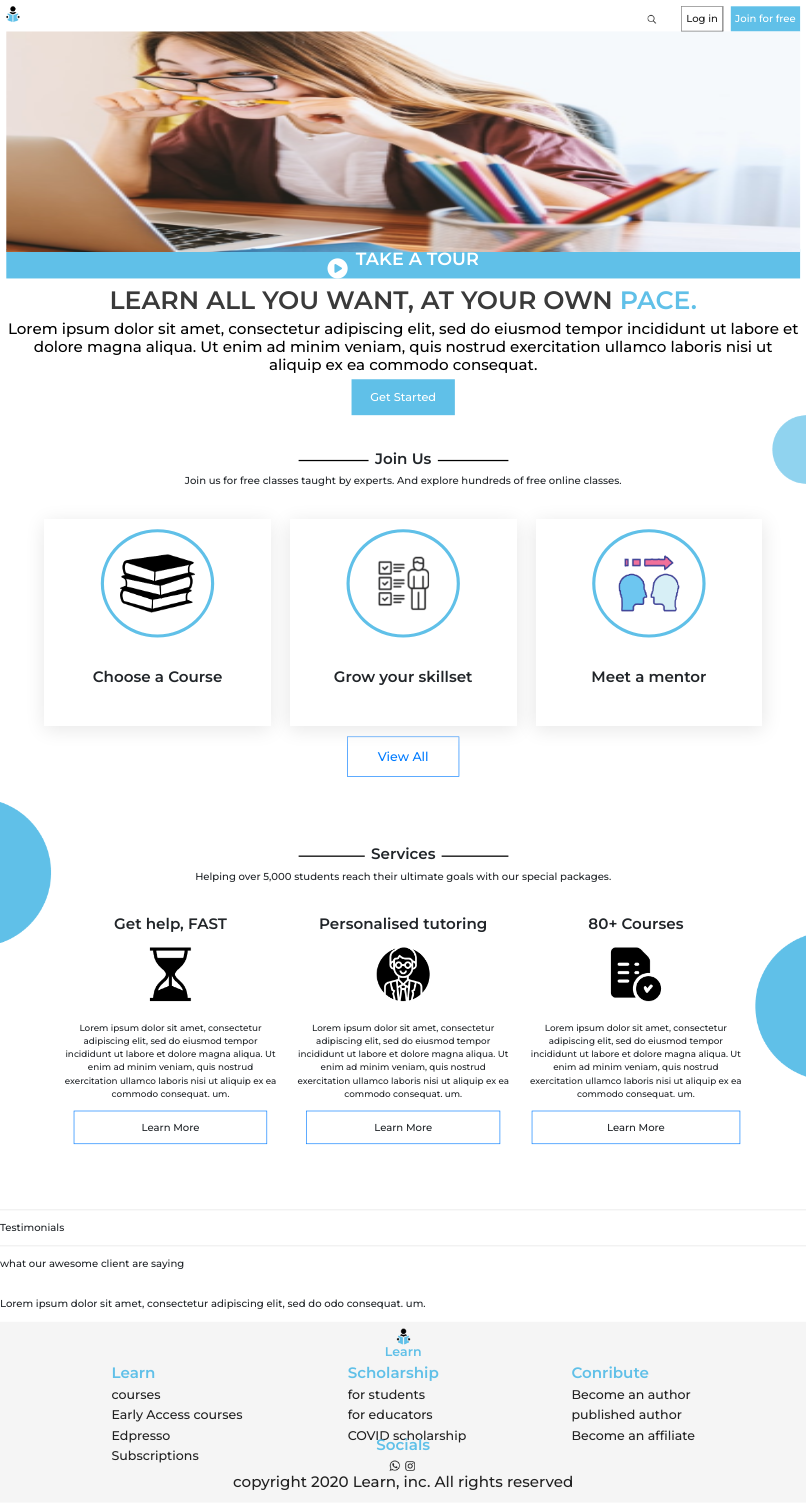
Repository: TiaraOluwanimi/team5
Page: tutor.html
The author's editor kept a copy of each file at every save. The page is drawn from the files as they stood at one save, then again after the next save.
The browser window is 1280 px wide. The pictures show the whole page, at 63% of full size.
Some web libraries are served in a nearby version.

Above is the page before, as saved 2020-08-08 10:35:22.

After the next save:
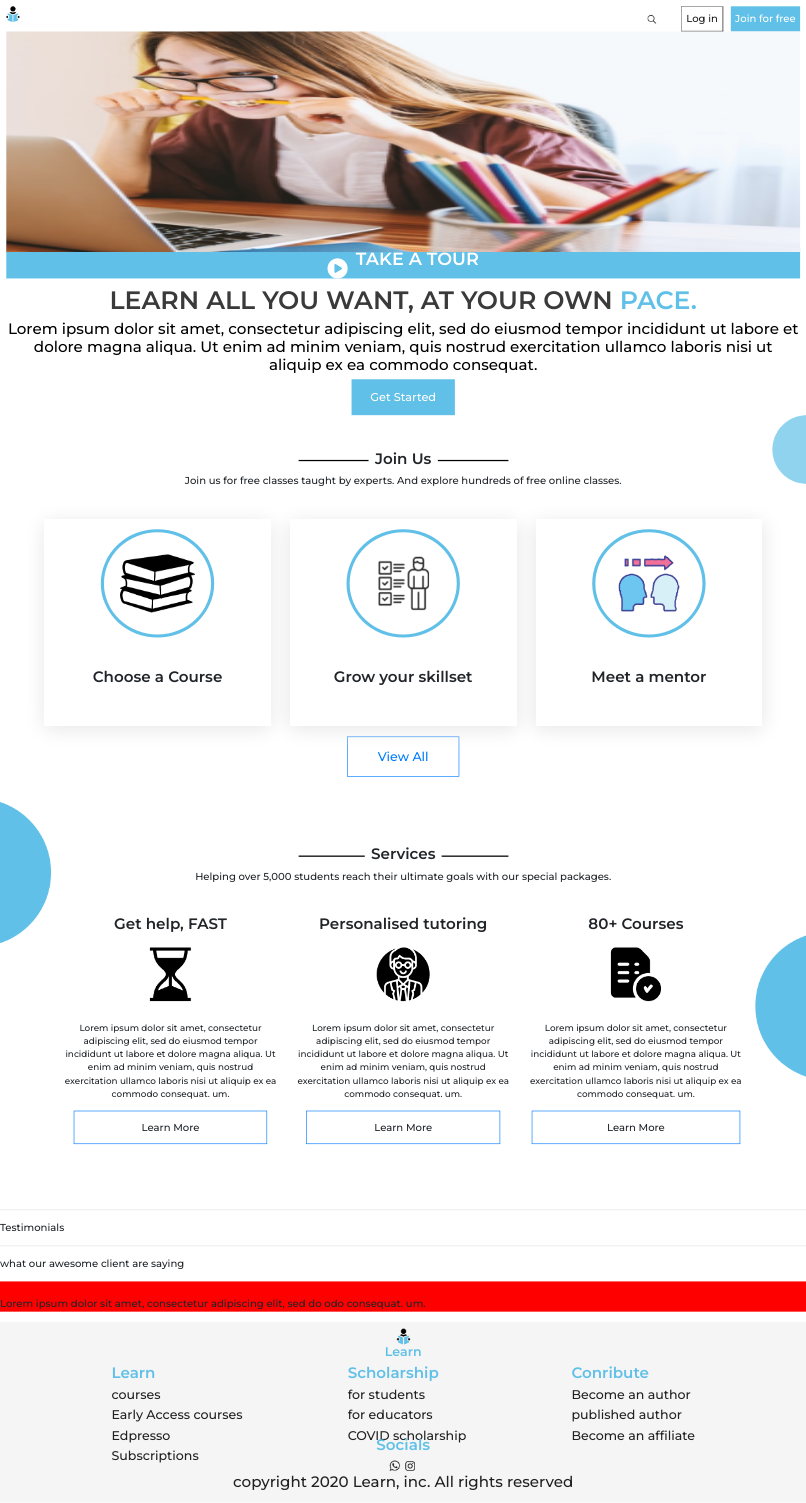
Saved 5 s later.
--- a/tutor.html
+++ b/tutor.html
@@ -7,7 +7,7 @@
     <!-- Custom Css -->
     <link rel="stylesheet" href="./assets/css/header-footer.css" />
     <link rel="stylesheet" href="./assets/css/tutor.css" />
-    <link rel="stylesheet" href="./assets/css/tutor.css" />
+    <link rel="stylesheet" href="./assets/css/testimonial.css" />
     <!-- Favicon -->
     <link rel="shortcut icon" href="" type="image/x-icon" />
     <!---------------------- CDNs----------------- -->

After the 2 saves that followed:
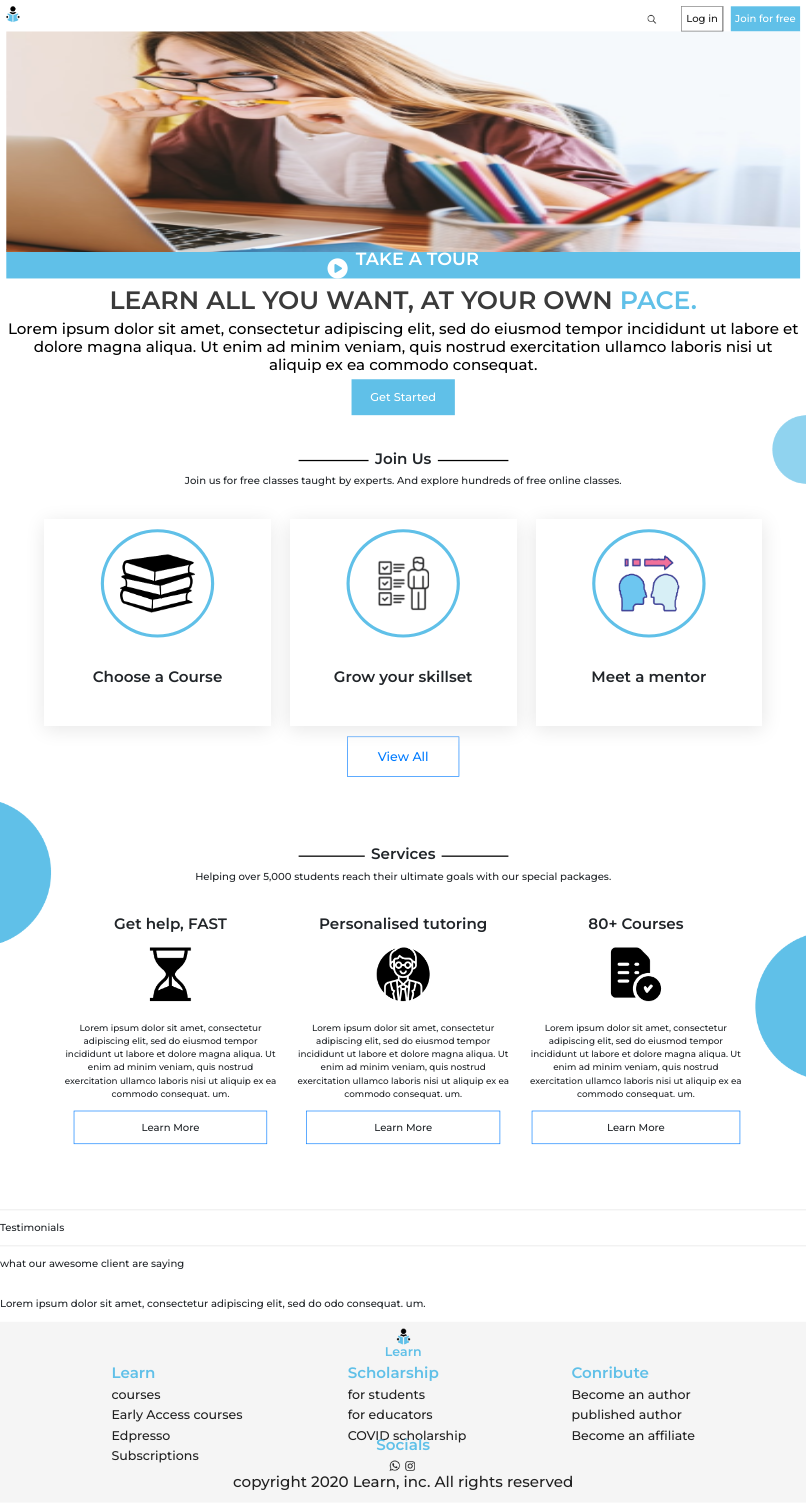
The 2 saves are shown as one change because they came seconds apart.
The last was saved 16 s later.
--- a/assets/css/testimonial.css
+++ b/assets/css/testimonial.css
@@ -1,3 +1,4 @@
+
 .testimonial-card{
-    background:red;
+
 }
